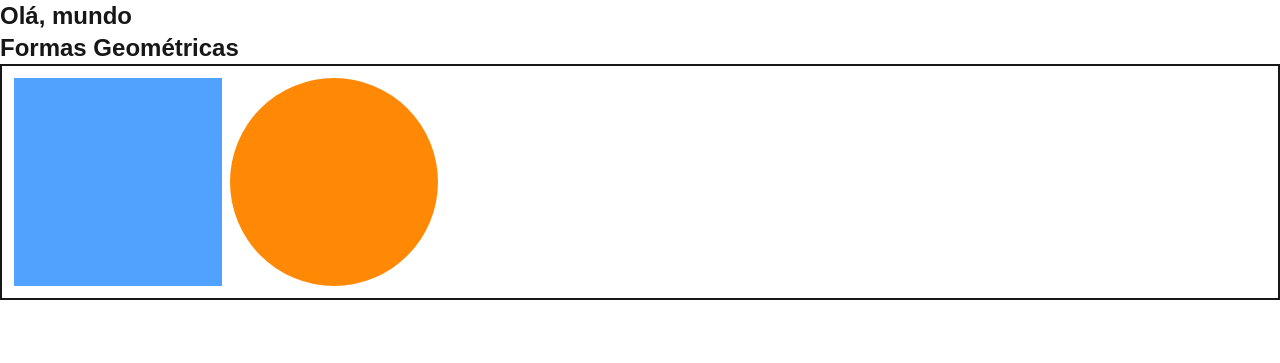
Repository: joao-vitor-ferreira/curso-react
Page: /
The author's editor kept a copy of each file at every save. The page is drawn from the files as they stood at one save, then again after the next save.
The browser window is 1280 px wide. The pictures show the whole page.
The project was rebuilt for these pictures with package versions that can differ from the ones it lists, and the page was loaded fresh each time. The framework's server and built-in components were replaced by stand-ins that run in the browser. Also part of the build but not shown: next.config.ts.

Above is the page before, as saved 2026-02-11 09:22:29.

### src/app/page.tsx
import { Square } from '@/components/Square';
import { Circle } from '@/components/Circle';
import { GeoForm } from '@/components/GeoForm';

const Page = () => {
    return (
        <div>
          <h1 className="font-bold text-2xl">Olá, mundo</h1>
          <GeoForm />
        </div>
    );
};

export default Page;

### src/components/GeoForm.tsx
import { Circle } from "./Circle";
import { Square } from "./Square";

export const GeoForm = () => {
    return (
        <div>
            <h3 className="text-2xl font-bold">Formas Geométricas</h3>
            <div className="flex gap-2 border-2 p-3">
                <Square />
                <Circle />
            </div>
        </div>
    );

}

### src/components/Circle.tsx
export const Circle = () => {
    return (
        <div className="w-52 h-52 bg-orange-400 rounded-full text-center"></div>
    );
};

### src/components/Square.tsx
export const Square = () => {
    return (
        <div className="w-52 h-52 bg-blue-400 text-center"></div>
    );
}

Loaded but not shown: src/app/layout.tsx (common file); src/app/globals.css (common file)

After the next save:
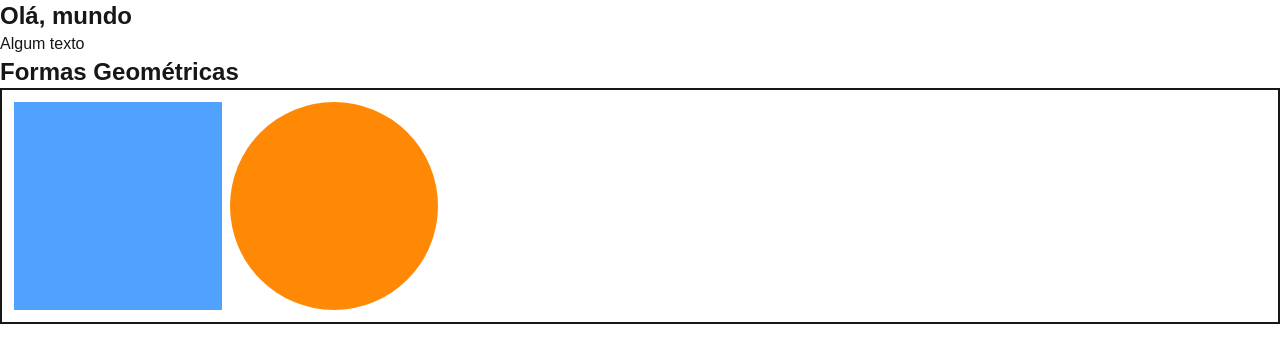
Saved 13 s later.
--- a/src/app/page.tsx
+++ b/src/app/page.tsx
@@ -6,6 +6,7 @@ const Page = () => {
     return (
         <div>
           <h1 className="font-bold text-2xl">Olá, mundo</h1>
+          <h3>Algum texto</h3>
           <GeoForm />
         </div>
     );
